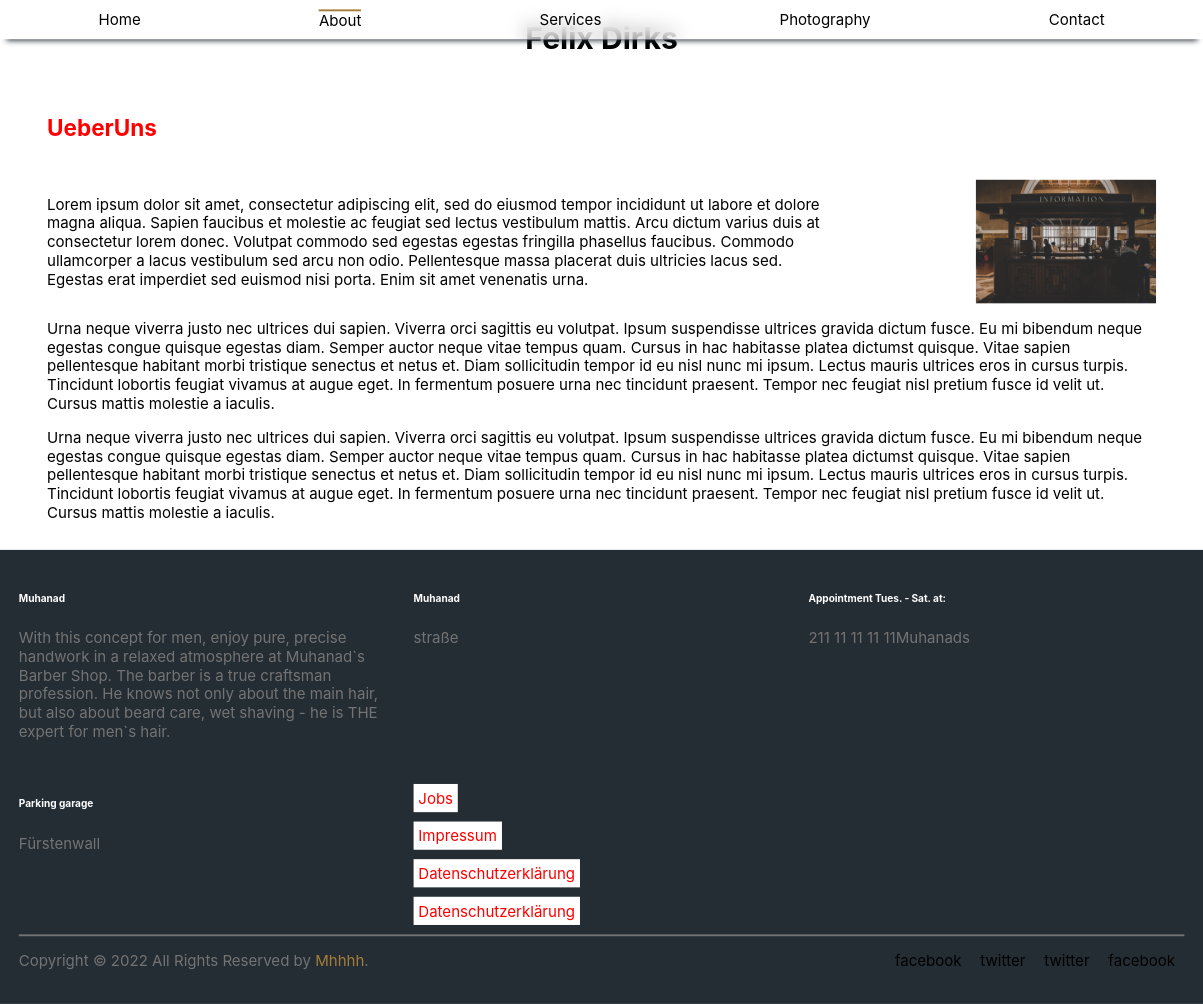
Repository: muhanad-musawi/backend-projekt-frondend
Page: /About (app in pohtographer/)
These files come from the project's save history. The page is drawn as it stood at one moment and after a run of saves; the edit follows.
The browser window is 1280 px wide. The pictures show the whole page, at 94% of full size.
The project was rebuilt for these pictures with package versions that can differ from the ones it lists, and the page was loaded fresh each time. The framework's server and built-in components were replaced by stand-ins that run in the browser. Also part of the build but not shown: pohtographer/next.config.js.

Above is the page before, as saved 2022-03-27 16:25:32.

After the next 2 saves:
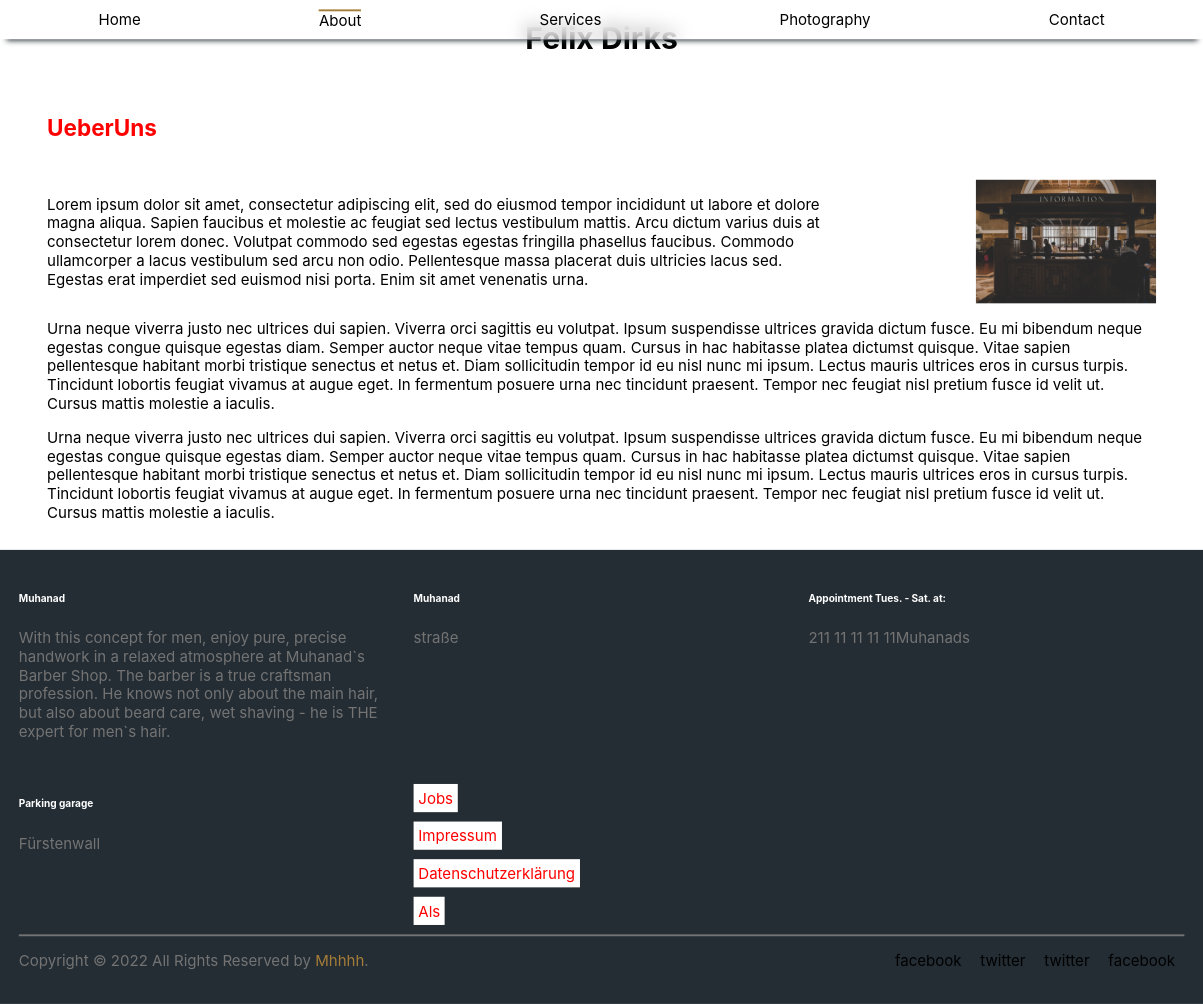
The 2 saves are shown as one change because they came seconds apart.
The last was saved 14 s later.
--- a/pohtographer/components/Footer.jsx
+++ b/pohtographer/components/Footer.jsx
@@ -42,7 +42,7 @@ function Footer() {
       <div><Link href="'">Jobs</Link></div>
       <div><Link href="'">Impressum</Link></div>
        <div><Link href="'">Datenschutzerklärung</Link></div>
-       <div><Link href="/register">Datenschutzerklärung</Link></div>
+       <div><Link href="/register">Als </Link></div>
       </div>
        </div>
 
